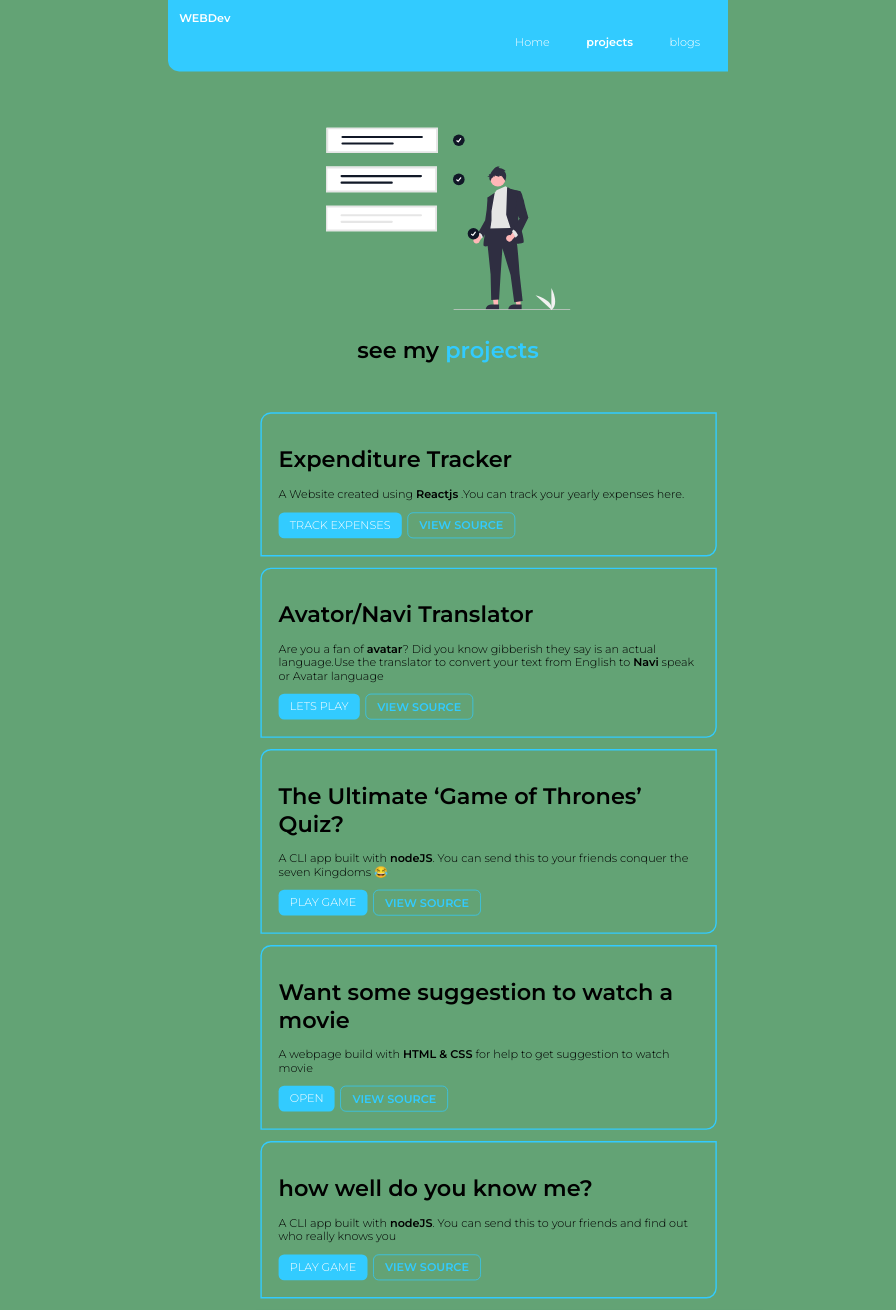
Repository: sohan2503001/Portfolio
Page: projects.html
These files come from the project's save history. The page is drawn as it stood at one moment and after the next save; the edit follows.
The browser window is 1280 px wide. The pictures show the whole page, at 70% of full size.

Above is the page before, as saved 2021-05-26 11:30:56.

### projects.html
<!DOCTYPE html>
<html lang="en">

<head>
  <meta charset="UTF-8" />
  <meta name="viewport" content="width=device-width, initial-scale=1.0" />
  <title>Projects | Sohan</title>
  <link rel="stylesheet" href="style.css" />
  <link rel="icon" href="images/favicon.svg" sizes="any" type="image/svg+xml">
</head>

<body>
  <nav class="navigation container">
    <div class="nav-brand">WEBDev</div>
    <ul class="list-non-bullet nav-pills">
      <li class="list-item-inline">
        <a class="link" href="/">Home</a>
      </li>
      <li class="list-item-inline">
        <a class="link link-active" href="projects.html">projects</a>
      </li>
      <li class="list-item-inline">
        <a class="link" href="blogs.html">blogs</a>
      </li>
    </ul>
  </nav>

  <header class="hero">
    <img class="hero-img" src="images/pro.svg" alt="" />
    <h1 class="hero-heading">
      see my<span class="heading-inverted"> projects</span>
    </h1>
  </header>


  <ol class="list list-non-bullet">


    <div class="container container-center box-contain">
      <li>
        <h1>Expenditure Tracker</h1>
        <p>
          A Website created using <strong>Reactjs</strong> .You can track your yearly expenses here.
        </p>

        <div class="link-button">
          <a class="link link-primary name-link" href="https://expenditure-tracker.netlify.app/"
          target="_blank">TRACK EXPENSES</a>
        <a class="link link-secondary" href="https://github.com/sohan2503001/Expenditure-Tracker" target="_blank">VIEW
          SOURCE</a>
        </div>
      </li>
    </div>


    <div class="container container-center box-contain">
      <li>
        <h1>Avator/Navi Translator </h1>
        <p>
          Are you a fan of <strong>avatar</strong>? Did you know gibberish they say is an actual
          language.Use the translator to convert your text from English to <strong>Navi</strong>
          speak or Avatar language
        </p>

        <div class="link-button">
          <a class="link link-primary name-link" href="https://avator-speak.netlify.app/"
          target="_blank">LETS PLAY</a>
        <a class="link link-secondary" href="https://github.com/sohan2503001/Avator-speak" target="_blank">VIEW
          SOURCE</a>
        </div>
      </li>
    </div>


    <div class="container container-center box-contain">
      <li>
        <h1>The Ultimate ‘Game of Thrones’ Quiz?</h1>
        <p>
          A CLI app built with <strong>nodeJS</strong>. You can send this to
          your friends conquer the seven Kingdoms 😂
        </p>

        <div class="link-button">
          <a class="link link-primary name-link" href="https://replit.com/@Sohan250301/GameofThronesQuiz?embed=1&output=1#index.js"
          target="_blank">PLAY GAME</a>
        <a class="link link-secondary" href="https://github.com/sohan2503001/GOTQuiz" target="_blank">VIEW SOURCE</a>
        </div>
      </li>
    </div>


    <div class="container container-center box-contain">
      <li>
        <h1>Want some suggestion to watch a movie</h1>
        <p>
          A webpage build with <strong>HTML & CSS </strong> for help to get suggestion to watch movie
        </p>

        <div class="link-button">
          <a class="link link-primary name-link" href="https://moviesreview.netlify.app/" target="_blank">OPEN</a>
        <a class="link link-secondary" href="https://github.com/sohan2503001/MovieSuggestion" target="_blank">VIEW
          SOURCE</a>
        </div>
      </li>
    </div>


    <div class="container container-center box-contain">
      <li>
        <h1>how well do you know me?</h1>
        <p>
          A CLI app built with <strong>nodeJS</strong>. You can send this to
          your friends and find out who really knows you
        </p>

        <div class="link-button">
          <a class="link link-primary name-link" href="https://replit.com/@Sohan250301/How-much-you-know-me?embed=1&output=1"
          target="_blank">PLAY GAME</a>
        <a class="link link-secondary" href="https://github.com/sohan2503001/Quiz1" target="_blank">VIEW SOURCE</a>
        </div>
      </li>
    </div>


  </ol>
  <script src="code.js"></script>
</body>

</html>

### style.css
@import url('https://fonts.googleapis.com/css2?family=Montserrat:wght@300;600&display=swap');

:root{
    --primary-color: #32CBFF;
    --dark-gray: #4B5563;
    --off-white: #315659;
}

body {
    font-family: 'Montserrat', sans-serif;
    margin: auto;
    max-width: 800px;
    width: 100%;
    background-color: #63A375;
}

hr{
    margin: 2rem 0rem;
}

/** container **/
.container{
    padding: 0rem 1rem;
}

.container-center{
    max-width: 600px;
    margin: auto;
}

/** links **/
.link{
    text-decoration: none;
    padding: 0.5rem 1rem;
    /*margin: 1rem 0rem 1rem 0rem;*/
}

.link-primary{
    background-color: var(--primary-color);
    border-radius: 0.5rem;
    color:white;
}

.link-secondary{
    color: var(--primary-color);
    border-radius: 0.5rem;
    border: 1px solid var(--primary-color);
    font-weight: bold;
}

/** lists **/

.list-non-bullet{
    list-style: none;
}

.list-item-inline{
    display: inline;
    padding: 0rem 0.5rem;
}

/** navigation **/

.navigation{
    background-color: var(--primary-color);
    color: white;
    padding: 1rem;
    border-bottom-left-radius: 1rem;
}

.navigation .nav-brand{
    font-weight: bold;
}

.navigation .nav-pills{
    text-align: right;
}

.navigation .link{
    color: white;
}

.navigation .link-active{
    font-weight: bold;
}

/**header **/

.hero{
    padding: 2rem;
    padding-top: 5rem;
}

.hero .hero-img{
    max-width: 350px;
    display: block;
    margin: auto;
}

.hero .hero-heading{
    padding-top: 1rem;
    color: var(--dark-red);
    text-align: center;
}

.hero .hero-heading .heading-inverted{
    color: var(--primary-color)
}

/** section **/
.section{
    padding: 1rem;
    border-radius: 15px;
    margin: 2rem;
}

.section h1{
    text-align: center;
    font-weight: bolder;
}

.ow {
    background-color: var(--off-white);
}

.section p{
    font-weight: bold;
}

/**footer **/

.footer{
    background-color: var(--primary-color);
    padding: 1rem;
    text-align: center;
    color: white;
    border-top-right-radius: 1rem;
}

.footer .link{
    color: white;
}

.footer .footer-header{
    font-weight: bold;
    font-size: large;
}

.footer ul{
    padding-inline-start: 0px;
}

/**Projects**/
.box-contain{
    border: 2px solid var(--primary-color);
    padding: 1.5rem;
    border-top-left-radius: 15px;
    border-bottom-right-radius: 15px;
    margin: auto;
    margin-top: 1rem;
    margin-right: 1rem;
}

.link-button{
    display: flex;
}

.name-link{
    margin-right: 0.5rem;
}

### code.js
function myFunction() {
    var element = document.body;
    element.classList.toggle("dark-mode");
}

After the next save:
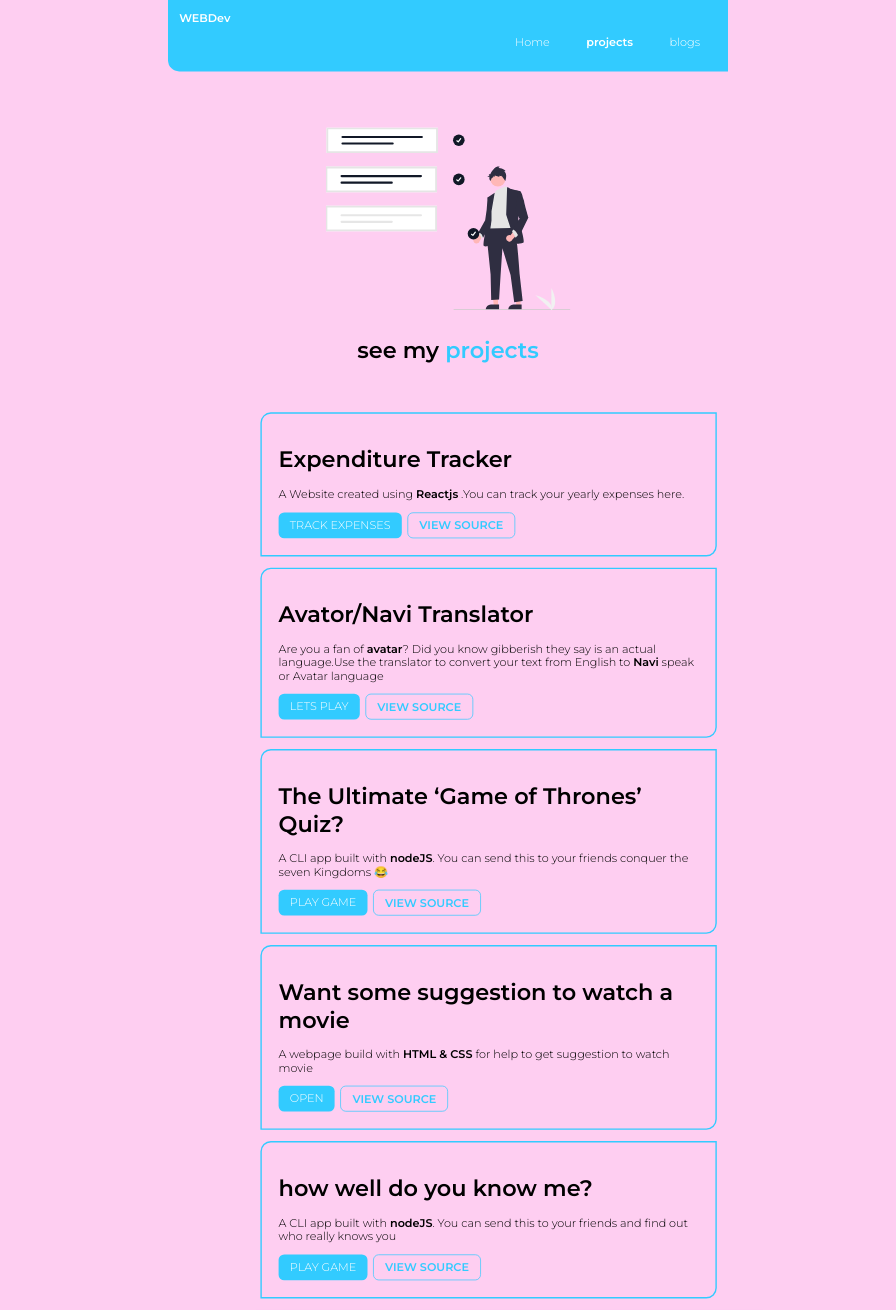
Saved 14 s later.
--- a/style.css
+++ b/style.css
@@ -11,7 +11,7 @@ body {
     margin: auto;
     max-width: 800px;
     width: 100%;
-    background-color: #63A375;
+    background-color: #FECEF1;
 }
 
 hr{
